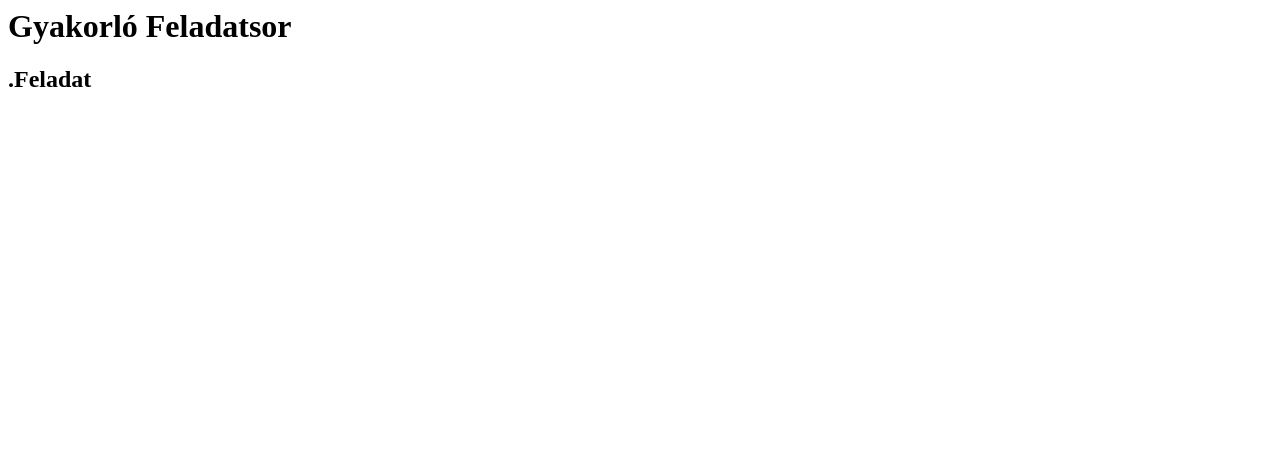
Repository: doomhyena/htdocs
Page: http://localhost/00.Home/03.harmadik.php
The author's editor kept a copy of each file at every save. The page is drawn from the files as they stood at one save, then again after the next save.
The browser window is 1280 px wide. The pictures show the whole page.
The page is run by PHP 8.4 with error messages shown; the project is at /var/www/html/.

Above is the page before, as saved 2024-09-21 09:16:28.

After the next save:
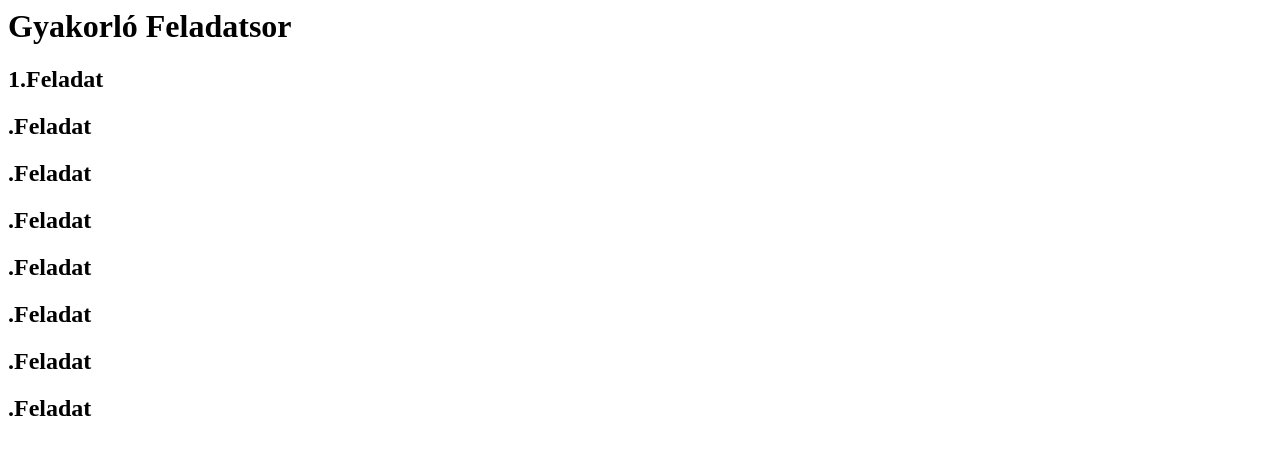
Saved 9 s later.
--- a/00.Home/03.harmadik.php
+++ b/00.Home/03.harmadik.php
@@ -12,4 +12,11 @@ echo "<h1>Gyakorló Feladatsor</h1>";
 
 */
 
+echo "<h2>1.Feladat</h2>";
 echo "<h2>.Feladat</h2>";
+echo "<h2>.Feladat</h2>";
+echo "<h2>.Feladat</h2>";
+echo "<h2>.Feladat</h2>";
+echo "<h2>.Feladat</h2>";
+echo "<h2>.Feladat</h2>";
+echo "<h2>.Feladat</h2>";
